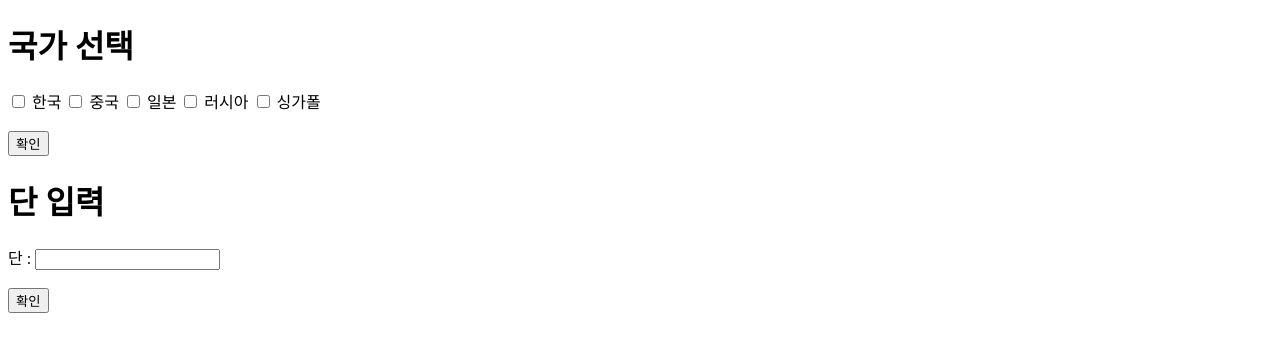
Repository: Jh1227/JSP
Page: http://localhost/13_JSTL/ex06_form.jsp
These files come from the project's save history. The page is drawn as it stood at one moment and after the next save; the edit follows.
The browser window is 1280 px wide. The pictures show the whole page.
The page is served by Tomcat 9.

Above is the page before, as saved 2023-04-11 03:27:01.

After the next save:
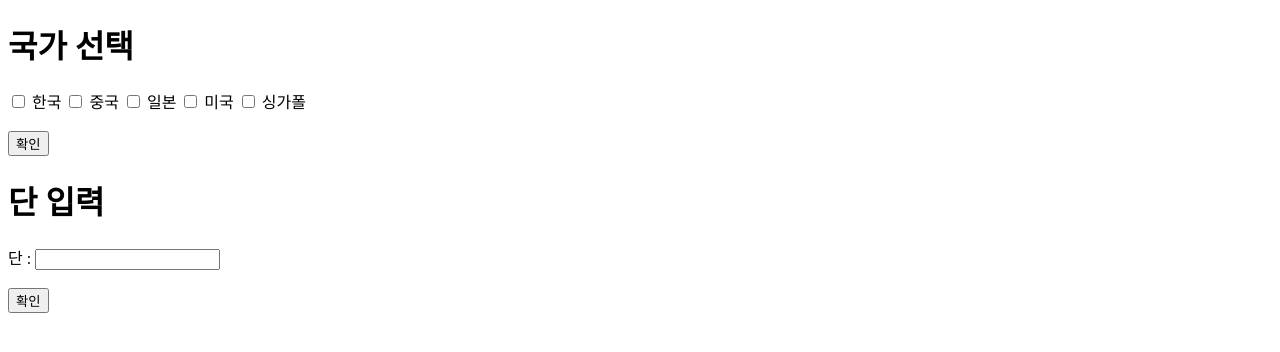
Saved 114 s later.
--- a/13_JSTL/src/main/webapp/ex06_form.jsp
+++ b/13_JSTL/src/main/webapp/ex06_form.jsp
@@ -21,7 +21,7 @@
 		<input type ="checkbox" name ="country" value ="한국"> 한국
 		<input type ="checkbox" name ="country" value ="중국"> 중국
 		<input type ="checkbox" name ="country" value ="일본"> 일본
-		<input type ="checkbox" name ="country" value ="러시아"> 러시아
+		<input type ="checkbox" name ="country" value ="미국"> 미국
 		<input type ="checkbox" name ="country" value ="싱가폴"> 싱가폴
 		<br><br>
 		<input type ="submit" value ="확인">
